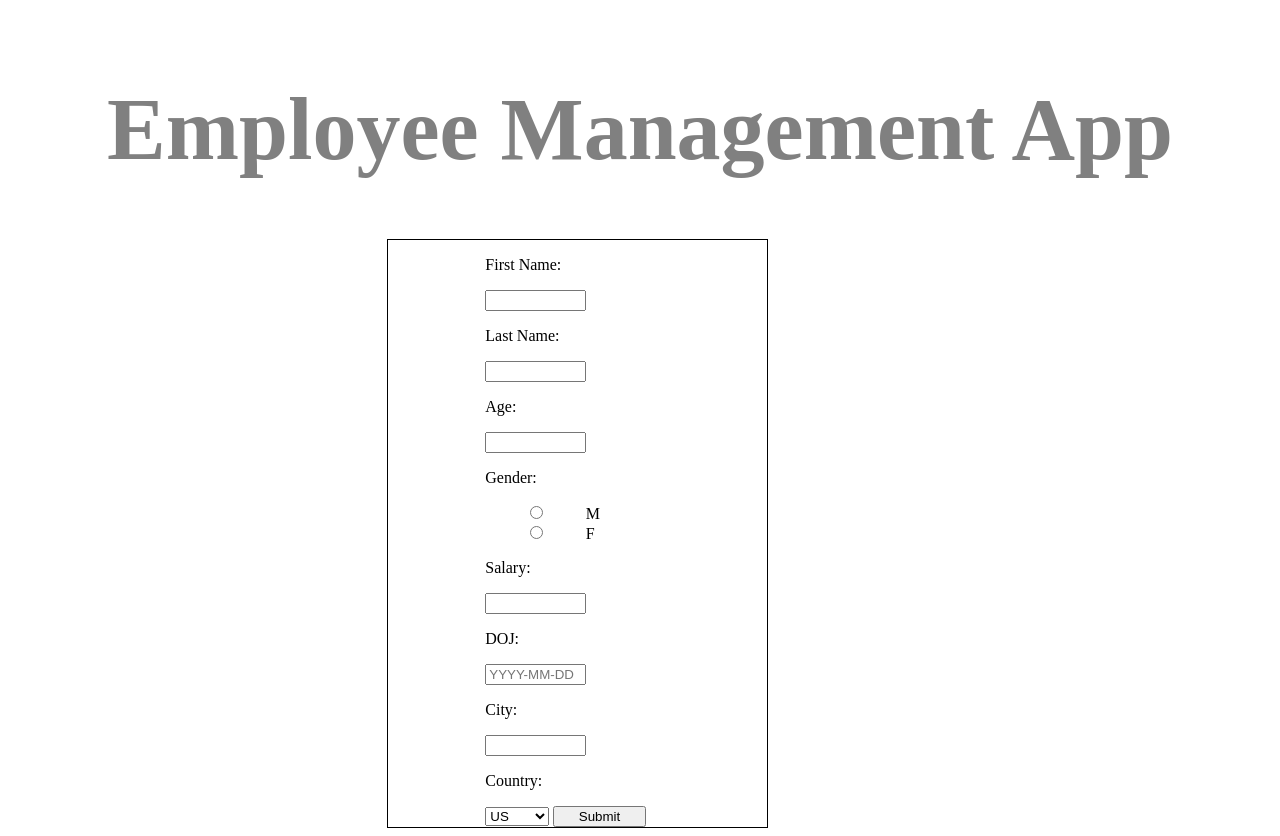
Repository: SaumyaGuptaTechnokrat/Employee_management
Page: http://localhost/Employee/index.jsp
These files come from the project's save history. The page is drawn as it stood at one moment and after the next save; the edit follows.
The browser window is 1280 px wide. The pictures show the whole page.
The page is served by Tomcat 9.

Above is the page before, as saved 2023-02-10 17:35:40.

After the next save:
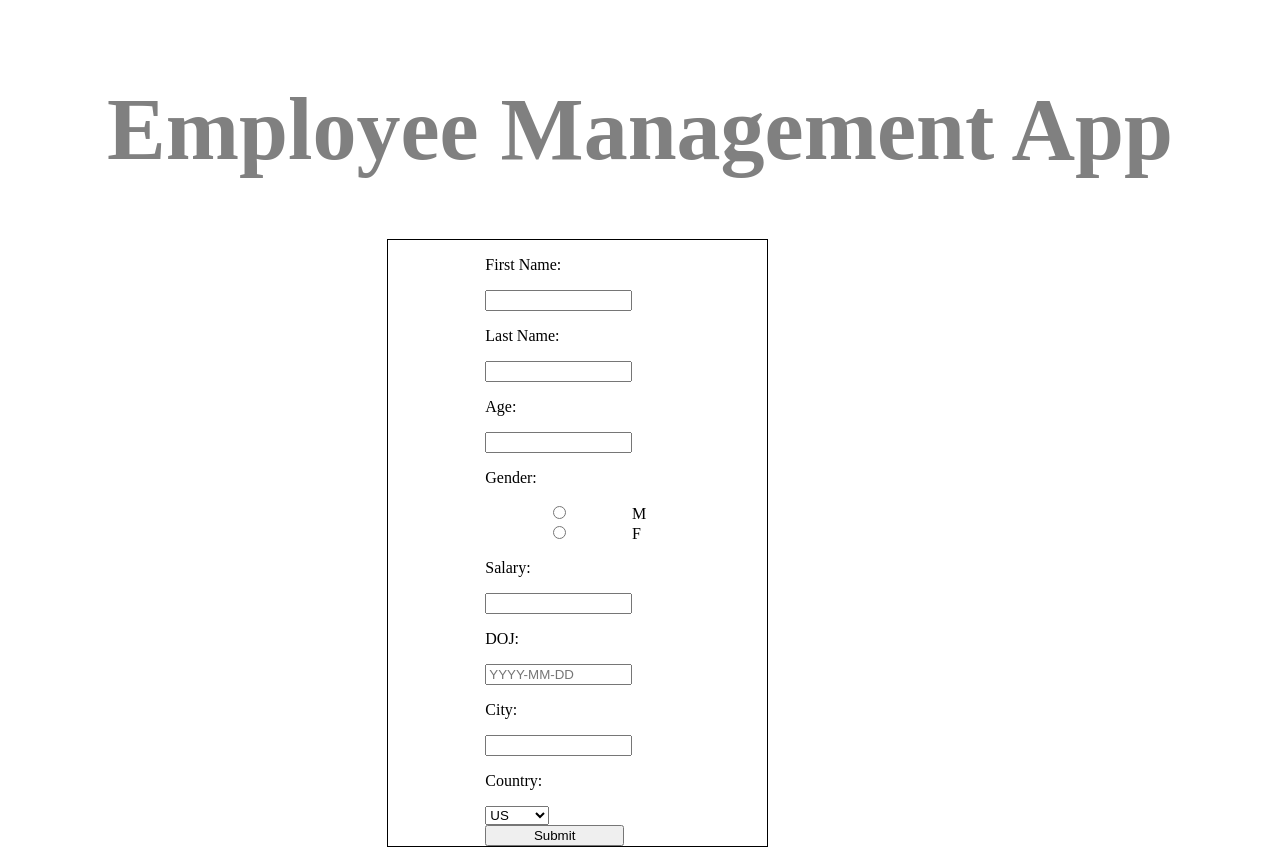
Saved 10 s later.
--- a/Employee/src/main/webapp/Mystyle.css
+++ b/Employee/src/main/webapp/Mystyle.css
@@ -9,5 +9,5 @@ h1{
 	justify-content:center
 }
 input{
-	width:50%;
+	width:75%;
 }
